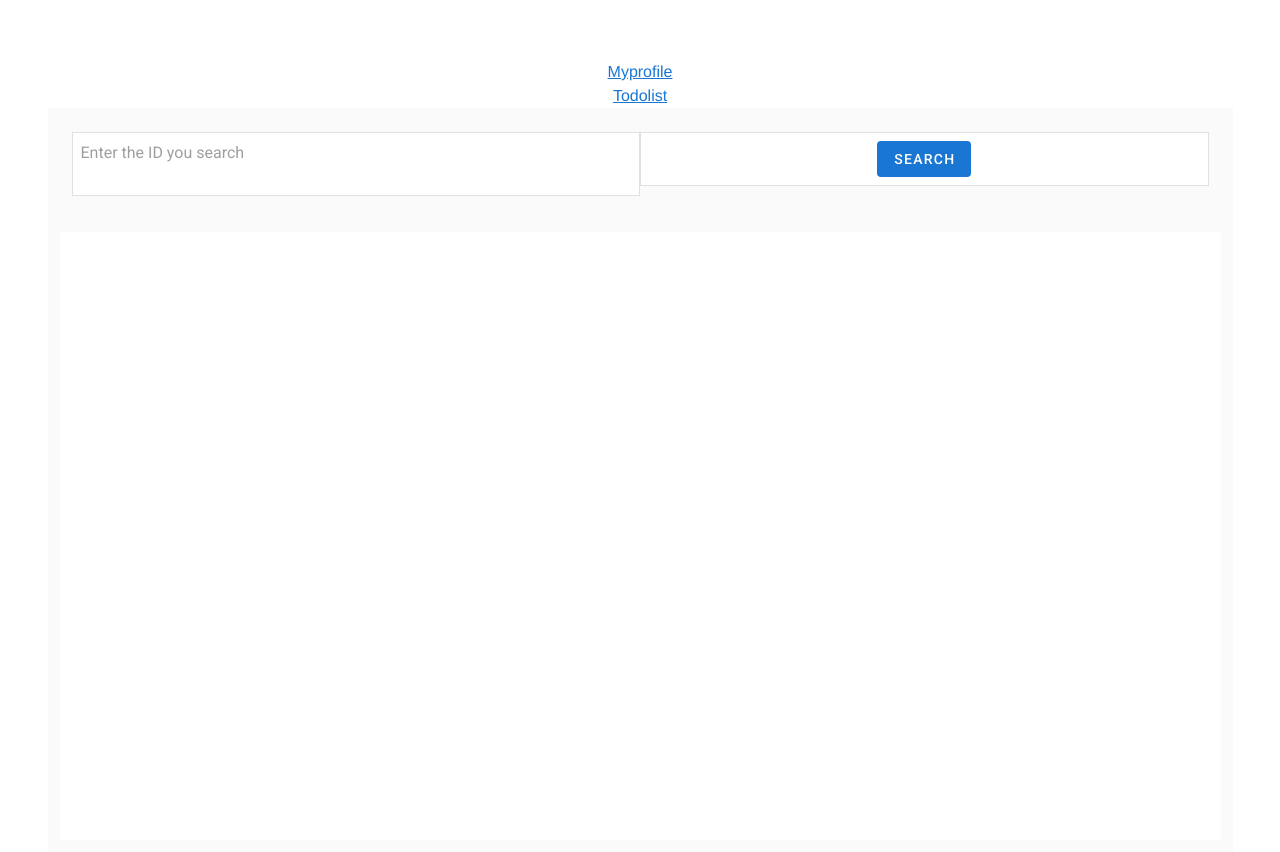
Repository: Shanshan67/todolist
Page: /#/profile
The author's editor kept a copy of each file at every save. The page is drawn from the files as they stood at one save, then again after the next save.
The browser window is 1280 px wide. The pictures show the whole page.
The project was rebuilt for these pictures with package versions that can differ from the ones it lists, and the page was loaded fresh each time. Also part of the build but not shown: src/pages/Dashboard.vue, src/pages/Todolist.vue.

Above is the page before, as saved 2022-07-20 20:25:11.

After the next save:
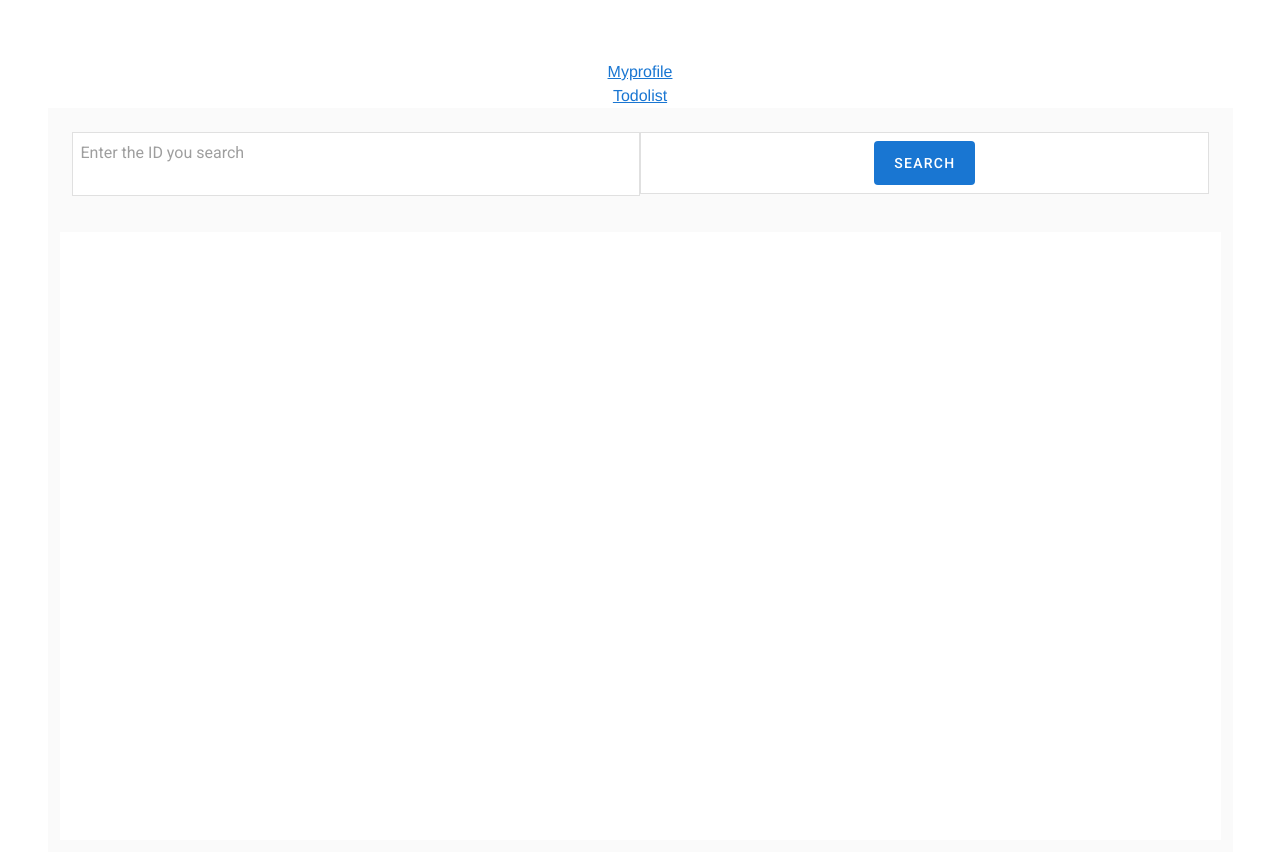
Saved 14 s later.
--- a/src/components/Search.vue
+++ b/src/components/Search.vue
@@ -11,7 +11,7 @@
 					</v-col>
         			<v-col sm="6" md="5" offset-md="2" lg="6" offset-lg="0">
           				<v-card class="pa-2" outlined tile>
-							<v-btn
+							<v-btn large
         						depressed
         						color="primary"
 								@click="handleSearch">Search</v-btn>
